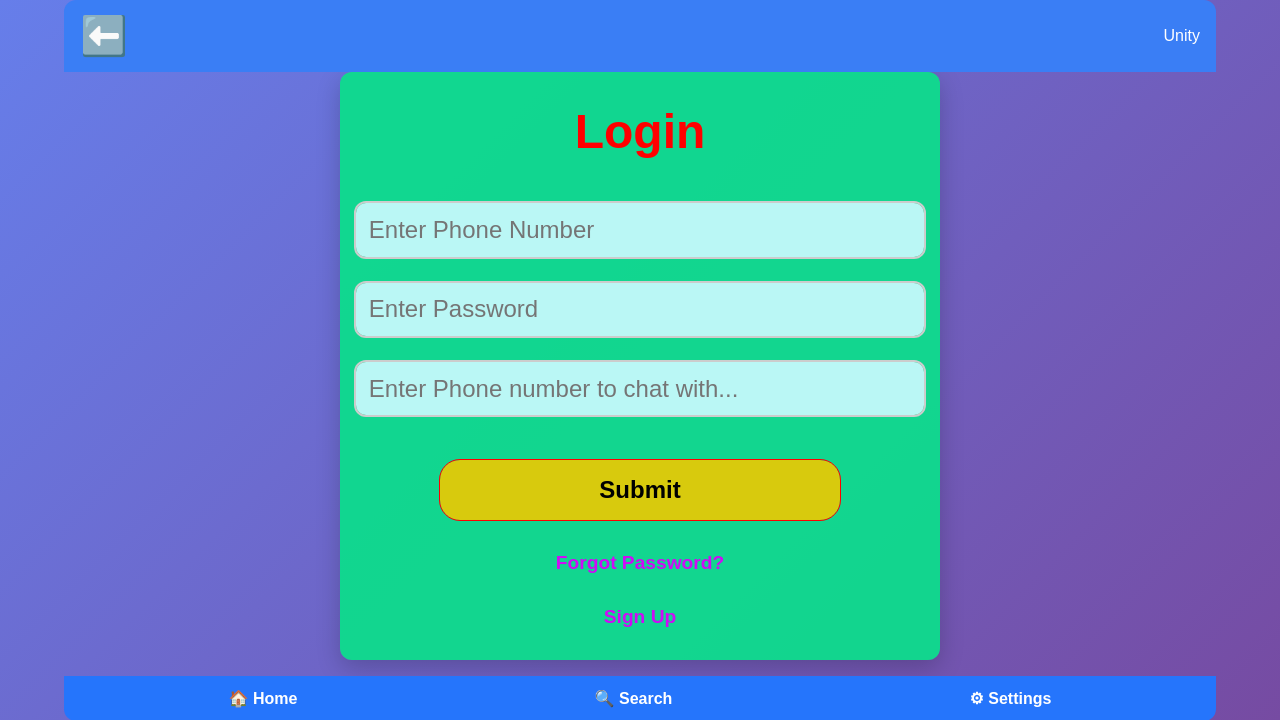
Repository: Amani-Kibet/express-app-web
Page: pages/chat.html
These files come from the project's save history. The page is drawn as it stood at one moment and after the next save; the edit follows.
The browser window is 1280 px wide. The pictures show the whole page.
An inner scrolling area shows only its first screen.

Above is the page before, as saved 2025-09-30 11:55:05.

After the next save:
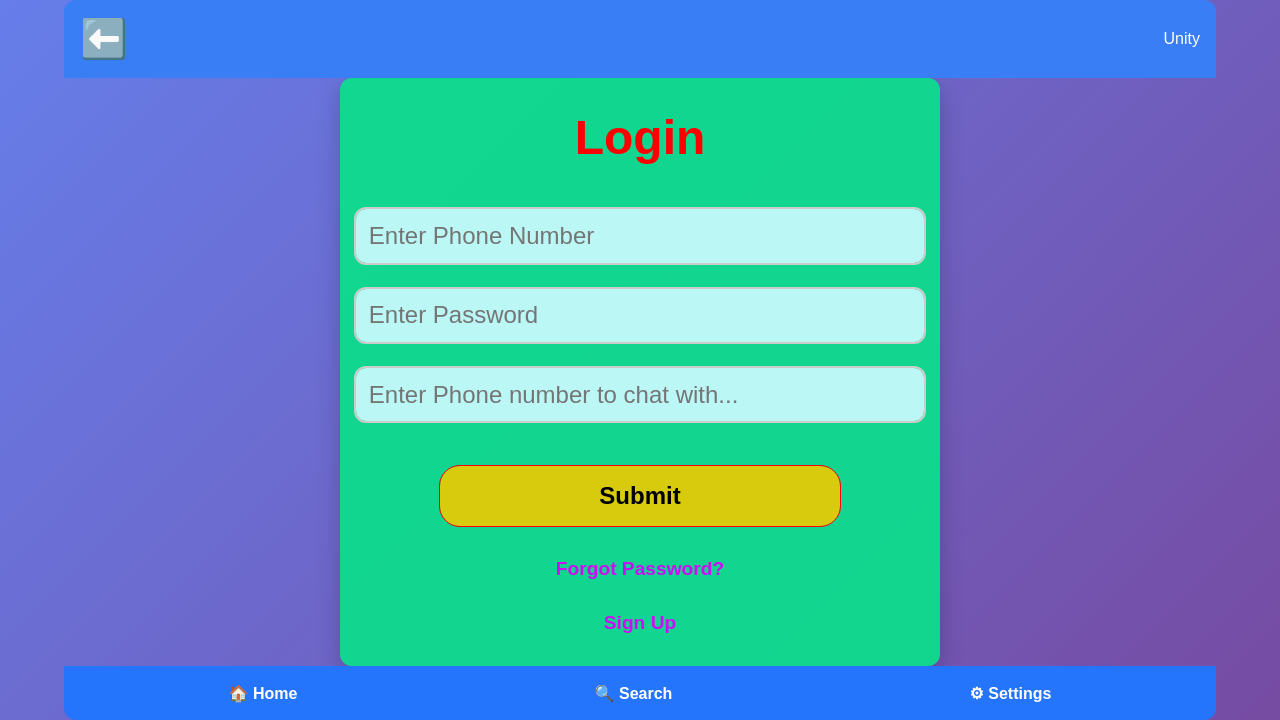
Saved 19 s later.
--- a/pages/chat.html
+++ b/pages/chat.html
@@ -83,16 +83,16 @@ body {
 #board {
   width: 100%;
   max-width: 600px;
-  flex: 1 1 auto;
   display: flex;
   flex-direction: column;
   align-items: center;
   padding: 2rem 1rem;
-  margin-bottom: 1rem;
+  margin: 0; /* remove margin to allow spacing by flex */
   box-shadow: 0 8px 25px rgba(0,0,0,0.2);
   background: rgba(13, 221, 141, 0.95);
   border-radius: 12px;
-  animation: fadein 1s ease-in-out;
+  flex: 1 1 auto; /* allow board to grow and shrink */
+  justify-content: space-around; /* distribute internal elements too */
 }
 
 h2 {
